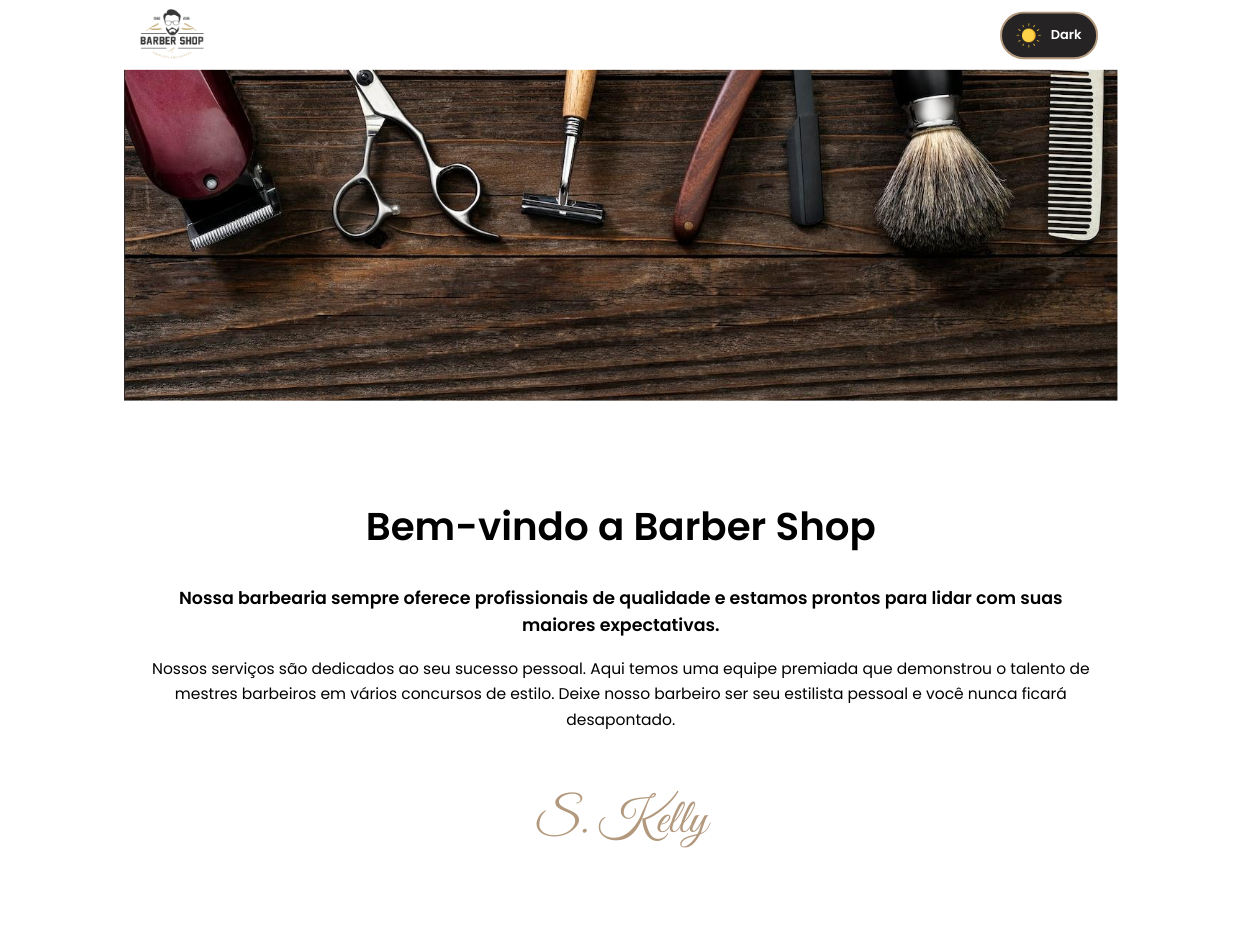
Repository: Daniells642/LandingPage-React
Page: /
The author's editor kept a copy of each file at every save. The page is drawn from the files as they stood at one save, then again after the next save.
The browser window is 1280 px wide. The pictures show the whole page, at 97% of full size.
The project was rebuilt for these pictures with package versions that can differ from the ones it lists, and the page was loaded fresh each time.

Above is the page before, as saved 2022-11-04 22:58:25.

### public/index.html
<!DOCTYPE html>
<html lang="en">
  <head>
    <meta charset="utf-8" />
    <link rel="icon" href="%PUBLIC_URL%/favicon.ico" />
    <meta name="viewport" content="width=device-width, initial-scale=1" />
    <meta name="theme-color" content="#000000" />
    <meta
      name="description"
      content="Web site created using create-react-app"
    />
    <link rel="apple-touch-icon" href="%PUBLIC_URL%/logo192.png" />
    <!--
      manifest.json provides metadata used when your web app is installed on a
      user's mobile device or desktop. See https://developers.google.com/web/fundamentals/web-app-manifest/
    -->
    <link rel="manifest" href="%PUBLIC_URL%/manifest.json" />
    <!--
      Notice the use of %PUBLIC_URL% in the tags above.
      It will be replaced with the URL of the `public` folder during the build.
      Only files inside the `public` folder can be referenced from the HTML.

      Unlike "/favicon.ico" or "favicon.ico", "%PUBLIC_URL%/favicon.ico" will
      work correctly both with client-side routing and a non-root public URL.
      Learn how to configure a non-root public URL by running `npm run build`.
    -->

    <link rel="preconnect" href="https://fonts.googleapis.com">
    <link rel="preconnect" href="https://fonts.gstatic.com" crossorigin>
    <link href="https://fonts.googleapis.com/css2?family=Poppins:wght@400;500;600&display=swap" rel="stylesheet">
    <link href="https://fonts.googleapis.com/css2?family=Great+Vibes&display=swap" rel="stylesheet">
    <title>Barberia</title>
  </head>
  <body>
    <noscript>You need to enable JavaScript to run this app.</noscript>
    <div id="root"></div>
    <!--
      This HTML file is a template.
      If you open it directly in the browser, you will see an empty page.

      You can add webfonts, meta tags, or analytics to this file.
      The build step will place the bundled scripts into the <body> tag.

      To begin the development, run `npm start` or `yarn start`.
      To create a production bundle, use `npm run build` or `yarn build`.
    -->
  </body>
</html>

### src/App.js
import Barbearia from "./LandingPage";
import './App.css';


function App() {
  return (
    <div>
      <Barbearia/>
    </div>
  );
}

export default App;

### src/LandingPage/index.js
import './style.css';

export default function Barbearia() {
  return (
    <div className='modo-claro'>

        <header id="topo" >
          <div className='limitar-secao'>
            <img className='logo' src="../../assets/barbearia-logo.png" alt="logo-barbearia" title="logo da barbearia"/>
            <button className='modo-escuro'>
              <img className="btn-icone" src="assets/sun.png" alt="alternar-modo" title="alternar-modo"/>
              <span>Dark</span>
            </button>
          </div>
        </header>

        <section id="secao-banner" className='limitar-secao'></section>

        <section id="secao-texto" className='limitar-secao secao-texto'>
            <div className='limitar-secao'>
              <h1>Bem-vindo a Barber Shop</h1>
              <p className='primeiro-paragrafo'>Nossa barbearia sempre oferece profissionais de qualidade e estamos prontos para lidar com suas maiores expectativas.</p>
              <p className='segundo-paragrafo'>Nossos serviços são dedicados ao seu sucesso pessoal. Aqui temos uma equipe premiada que demonstrou o talento de mestres barbeiros em vários concursos de estilo. Deixe nosso barbeiro ser seu estilista pessoal e você nunca ficará desapontado.</p>
              <p className='assinatura'>S. Kelly</p>
            </div>
        </section>
    </div>
  )
}

### src/App.css
* {
  margin: 0;
  padding: 0;
  box-sizing: border-box;
  font-family: 'Poppins', sans-serif;
}

.limitar-secao {
  max-width: 1024px;
  width: 100%;
  margin: 0 auto;
}

### src/LandingPage/style.css
.modo-claro {
    background-color: #fff;
    color: #000;
}
.modo-escuro {
  background-color: #252323;
  color: #fff;
}

header {
    display: flex;
}

header div {
    height: 10vh;
    padding-right: 20px;
    display: flex;
    justify-content: space-between;
    align-items: center;
}

.logo {
    width: auto;
    height: 100px;
}

header button {
    display: flex;
    align-items: center;
    border: 2px solid #B2987D;
    font-weight: 600;
    border-radius: 25px;
    padding: 10px 15px;
    cursor: pointer;
  }

  .btn-icone {
    width: 25px;
    height: 25px;
    margin-right: 10px;
  }

#secao-banner {
    display: flex;
    background-image: url('../../public/assets/banner-barbearia.jpg');
    background-repeat: no-repeat;
    background-size: cover;
    background-position: center center;
    height: 341px;
  }

.secao-texto {
    height: auto;
    display: flex;
    align-items: center;
}

.secao-texto div{
    padding: 100px 20px;
    display: flex;
    flex-direction: column;
    text-align: center;
  }

  .secao-texto h1 {
    font-size: 40px;
    margin-bottom: 30px;
  }

.primeiro-paragrafo {
  font-size: 18px;
  font-weight: 600;
  margin-bottom: 20px;
}

.segundo-paragrafo {
  line-height: 26px;
  margin-bottom: 60px;
}

.assinatura {
  font-family: 'Great Vibes', cursive;
  font-weight: 500;
  font-size: 50px;
  color: #B2987D;
}

Loaded but not shown: src/index.js (common file)

After the next save:
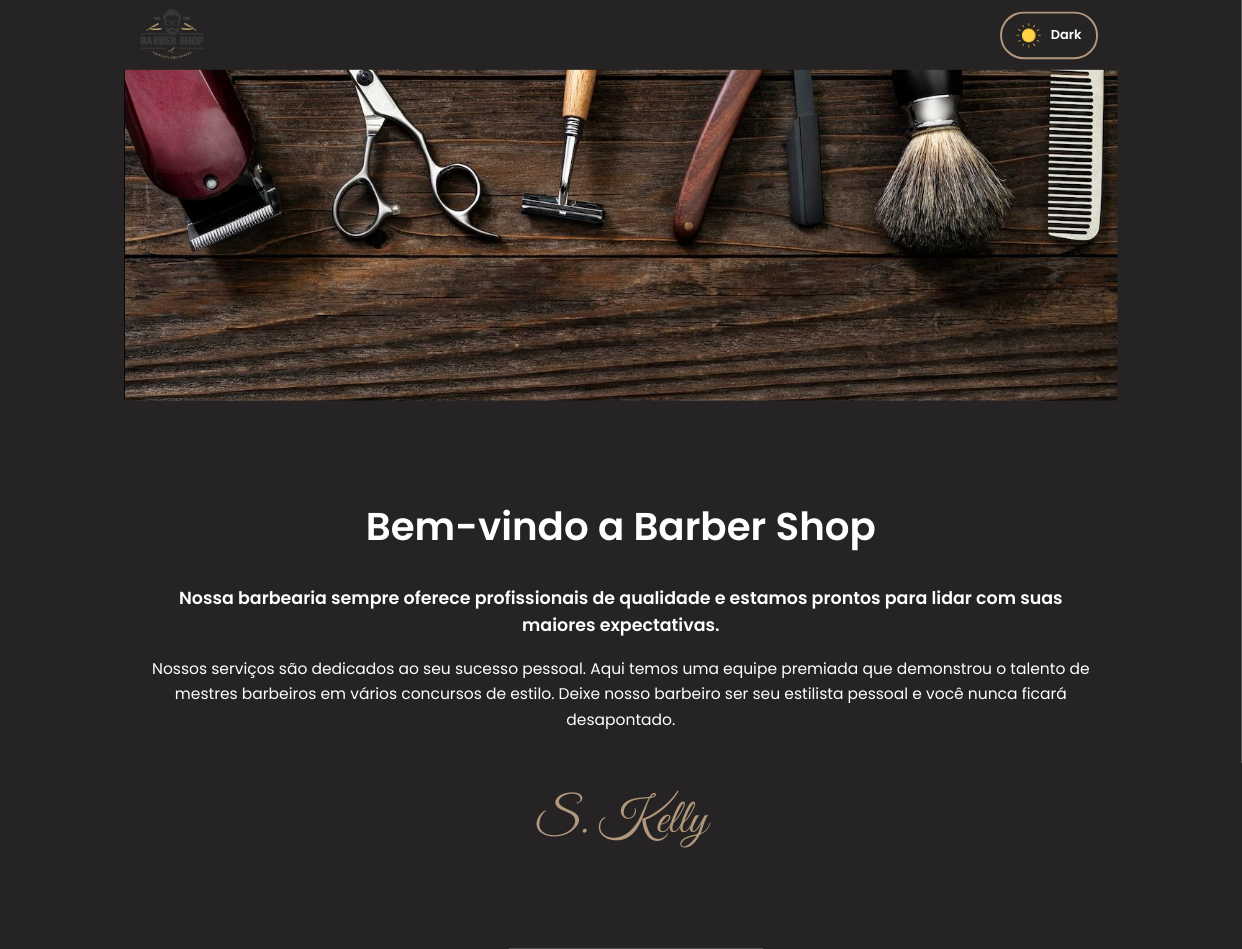
Saved 4 s later.
--- a/src/LandingPage/index.js
+++ b/src/LandingPage/index.js
@@ -2,7 +2,7 @@
 
 export default function Barbearia() {
   return (
-    <div className='modo-claro'>
+    <div className='modo-escuro'>
 
         <header id="topo" >
           <div className='limitar-secao'>
